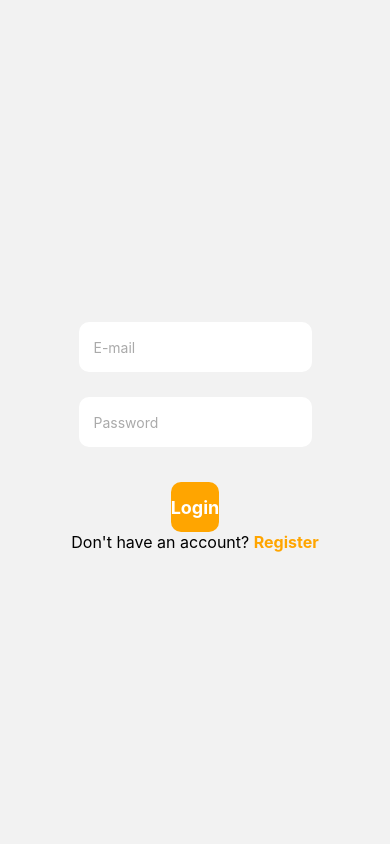
Repository: ds-mbappe/UpShoCal
Screen: /
These files come from the project's save history. The screen is drawn as it stood at one moment and after the next save; the edit follows.
The app was drawn by React Native's web renderer in a window 390 px wide. The project was rebuilt for these pictures with package versions that can differ from the ones it lists, and the page was loaded fresh each time. Also part of the build but not shown: data.js, Screens/Home.js, Screens/Product.js, Screens/Registration.js.

Above is the screen before, as saved 2022-06-07 13:45:38.

### App.js
import React, { useEffect, useState } from "react";
import { NavigationContainer } from "@react-navigation/native";
import { createNativeStackNavigator } from "@react-navigation/native-stack";
import { createDrawerNavigator } from "@react-navigation/drawer";
import Home from "./Screens/Home";
import Product from "./Screens/Product";
import Login from "./Screens/Login";
import Registration from "./Screens/Registration";

const Stack = createNativeStackNavigator();
const Drawer = createDrawerNavigator();

const Root = () => {
  return (
    <Stack.Navigator initialRouteName="Home">
      <Stack.Screen
        name="Root"
        component={Home}
        options={{ headerShown: false }}
      />
      <Stack.Screen
        name="Product"
        component={Product}
        options={{ headerShown: false }}
      />
    </Stack.Navigator>
  );
};

export default function App() {
  const [loading, setLoading] = useState(true);

  const [user, setUser] = useState(null);

  return (
    <NavigationContainer>
      <Stack.Navigator>
        {user ? (
          <Stack.Screen
            name="Root"
            component={Root}
            options={{ headerShown: false }}
          />
        ) : (
          <>
            <Stack.Screen
              name="Login"
              component={Login}
              options={{ headerShown: false }}
            />
            <Stack.Screen
              name="Registration"
              component={Registration}
              options={{ headerShown: false }}
            />
          </>
        )}
      </Stack.Navigator>
    </NavigationContainer>
    // <NavigationContainer>
    //   <Drawer.Navigator screenOptions={{ drawerPosition: "right" }}>
    //     <Drawer.Screen
    //       name="Home"
    //       component={Root}
    //       options={{ headerShown: false }}
    //     />
    //   </Drawer.Navigator>
    // </NavigationContainer>
  );
}

### Screens/Login.js
import {
  StyleSheet,
  Text,
  TextInput,
  TouchableOpacity,
  View,
  ScrollView,
} from "react-native";
import React, { useState } from "react";

const Login = ({ navigation }) => {
  const [email, setEmail] = useState("");

  const [password, setPassword] = useState("");

  const onFooterLinkPress = () => {
    navigation.navigate("Registration");
  };

  const onLoginPress = () => {
    console.log("Pressed");
  };

  return (
    <ScrollView
      style={{ flex: 1, width: "100%" }}
      contentContainerStyle={{ flexGrow: 1, justifyContent: "center" }}
    >
      <View style={styles.container}>
        <View style={styles.footerView}>
          <TextInput
            style={styles.input}
            placeholder="E-mail"
            placeholderTextColor="#AAAAAA"
            onChangeText={(text) => setEmail(text)}
            value={email}
            autoCapitalize="none"
          />
          <TextInput
            style={styles.input}
            placeholder="Password"
            placeholderTextColor="#AAAAAA"
            secureTextEntry={true}
            onChangeText={(text) => setPassword(text)}
            value={password}
            autoCapitalize="none"
          />
          <TouchableOpacity
            style={styles.button}
            onPress={() => onLoginPress()}
          >
            <Text style={styles.buttonTitle}>Login</Text>
          </TouchableOpacity>
          <Text style={styles.footerText}>
            Don't have an account?{" "}
            <Text style={styles.footerLink} onPress={onFooterLinkPress}>
              Register
            </Text>
          </Text>
        </View>
      </View>
    </ScrollView>
  );
};

export default Login;

const styles = StyleSheet.create({
  container: {
    flex: 1,
    justifyContent: "center",
    alignItems: "center",
  },
  input: {
    height: 50,
    borderRadius: 10,
    overflow: "hidden",
    backgroundColor: "white",
    marginTop: 10,
    marginBottom: 15,
    marginStart: 30,
    marginEnd: 30,
    paddingStart: 15,
  },
  button: {
    backgroundColor: "orange",
    marginStart: 30,
    marginEnd: 30,
    marginTop: 20,
    borderRadius: 10,
    height: 50,
    justifyContent: "center",
    alignItems: "center",
  },
  buttonTitle: {
    color: "white",
    fontSize: 18,
    fontWeight: "bold",
  },
  footerView: {
    flex: 1,
    justifyContent: "center",
    alignItems: "center",
    marginTop: 20,
  },
  footerText: {
    fontSize: 16,
    color: "black",
  },
  footerLink: {
    color: "orange",
    fontWeight: "bold",
    fontSize: 16,
  },
});

After the next save:
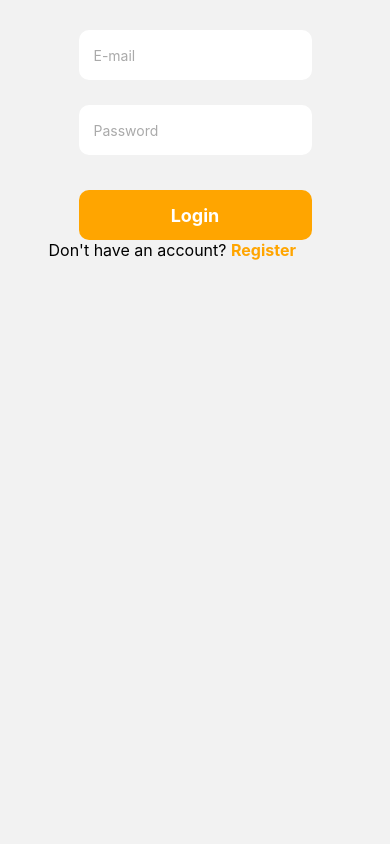
Saved 4 s later.
--- a/Screens/Login.js
+++ b/Screens/Login.js
@@ -99,8 +99,7 @@
   },
   footerView: {
     flex: 1,
-    justifyContent: "center",
-    alignItems: "center",
+
     marginTop: 20,
   },
   footerText: {

After the save that followed:
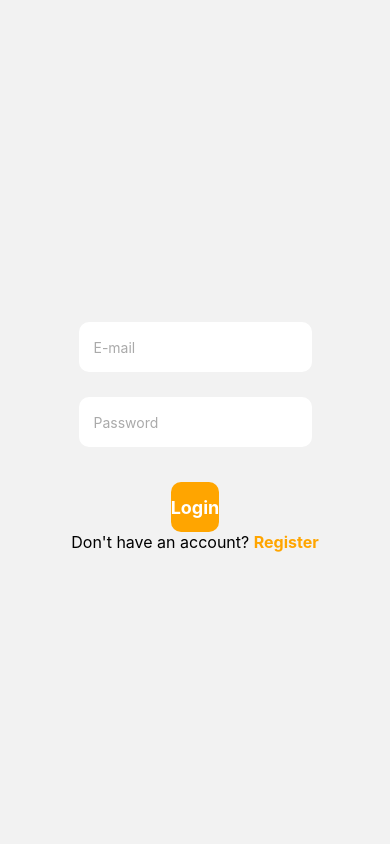
Saved 4 s later.
--- a/Screens/Login.js
+++ b/Screens/Login.js
@@ -99,7 +99,8 @@
   },
   footerView: {
     flex: 1,
-
+    justifyContent: "center",
+    alignItems: "center",
     marginTop: 20,
   },
   footerText: {
